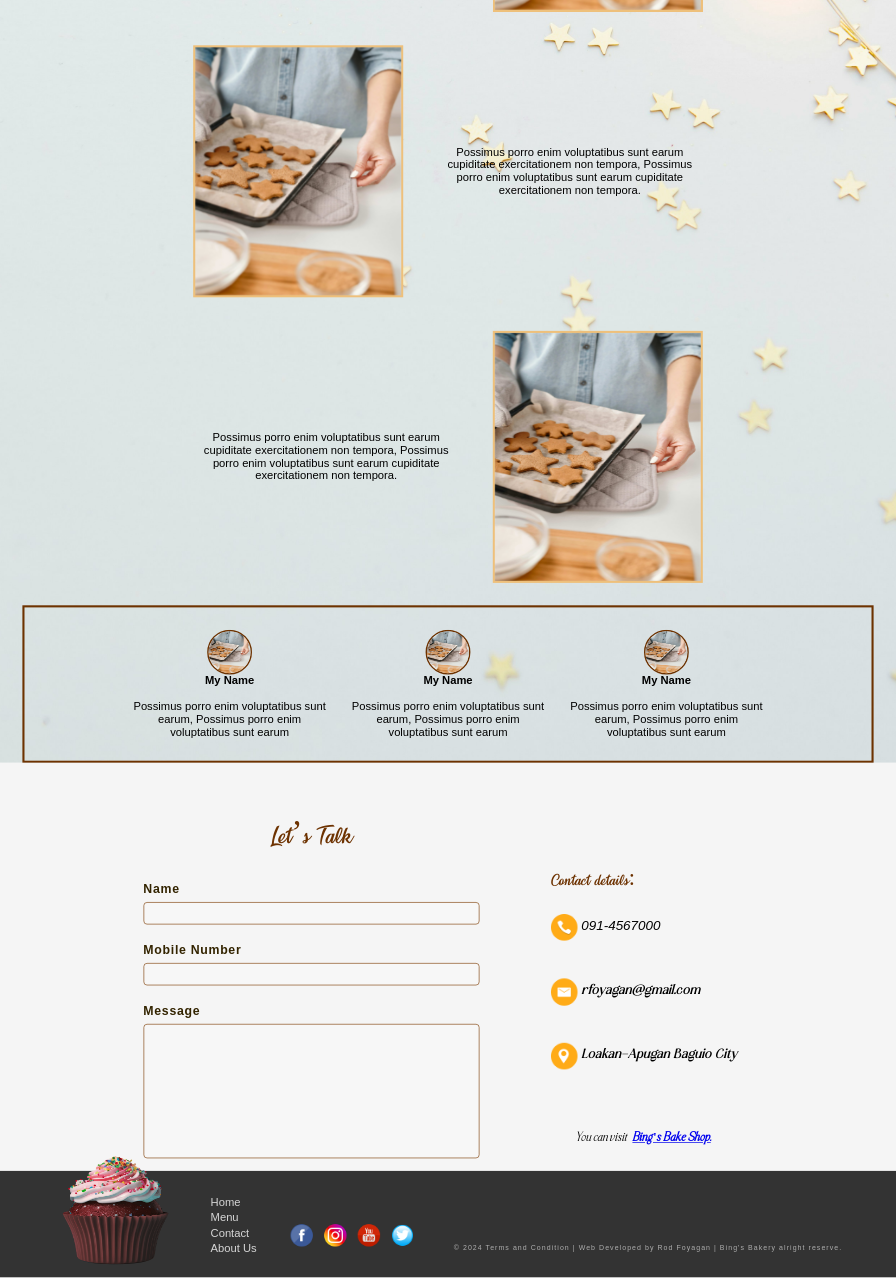
Repository: RodFoyagan/Bing-s-Bakery
Page: index.html
An editor plug-in stored every save of this project. The page is shown before and after the next save, followed by the edit.
The browser window is 1280 px wide. The pictures show the part of the page from y = 2594 to 4514 px (the page is 4419 px tall before and 4514 px after), at 70% of full size.

Above is the page before, as saved 2024-11-24 03:37:34.
Console error: ReferenceError: emailjs is not defined

After the next save:
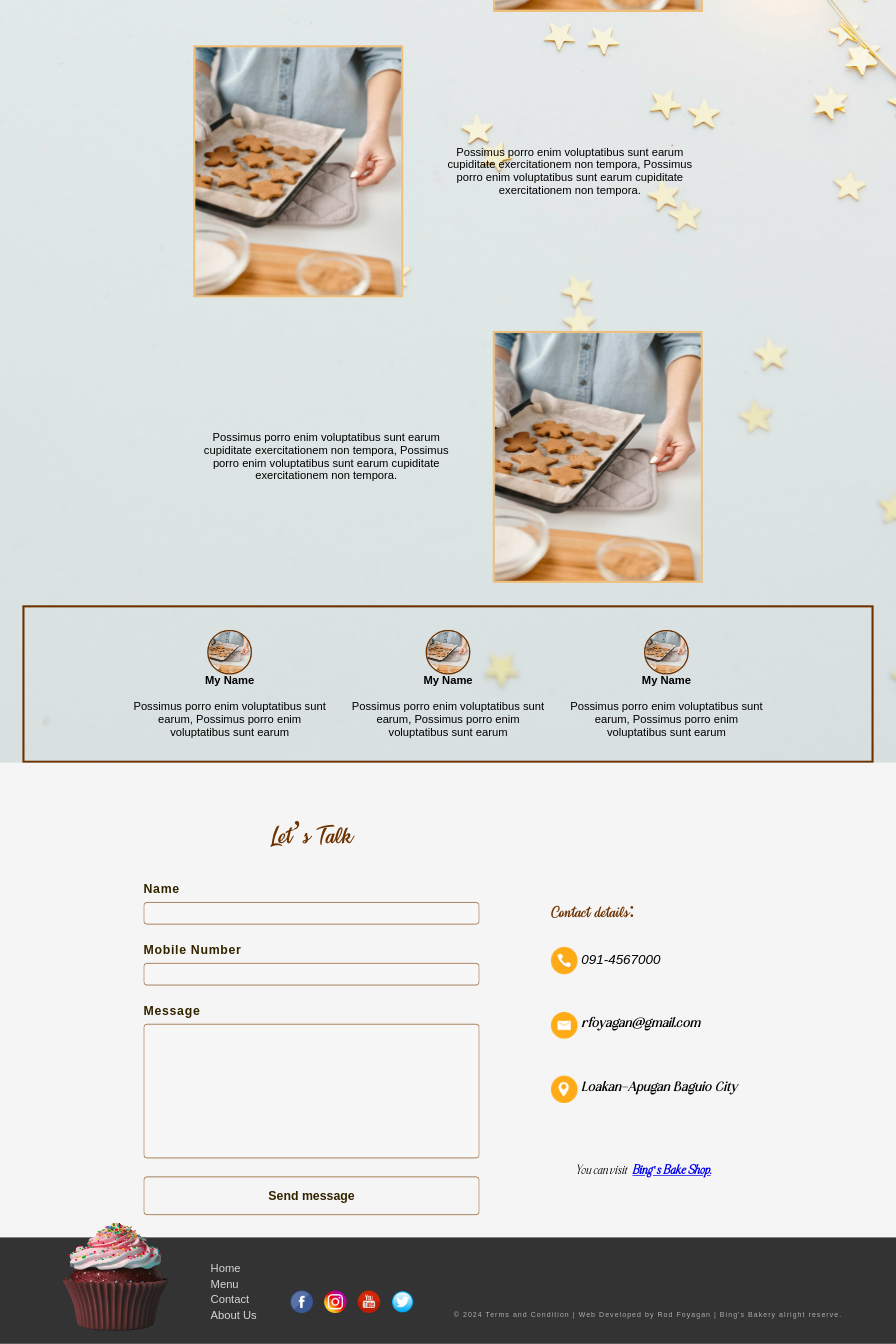
Saved 19 s later.
--- a/index.html
+++ b/index.html
@@ -235,24 +235,27 @@
                                     <div>
                                         <h2 class="touch">Let’s Talk</h2>
                                     </div>
-                                    <div class="form-control" id="log-in_name">
-                                        <label for="login-name">Name</label>
-                                        <input type="text" name="login-name" id="login-name">
-                                        <p class="error-message" style="visibility: hidden;">This field cannot be empty.</p>
+                                    <div class="form-group">
+                                        <div class="form-control" id="log-in_name">
+                                            <label for="login-name">Name</label>
+                                            <input type="text" name="login-name" id="login-name" required>
+                                            <p class="error-message" style="visibility: hidden;">error message</p> <!-- Error message here -->
+                                        </div>
+                                        <div class="form-control" id="log-in_phone">
+                                            <label for="login-phone">Mobile Number</label>
+                                            <input type="text" name="login-phone" id="login-phone" required>
+                                            <p class="error-message" style="visibility: hidden;">error message</p> <!-- Error message here -->
+                                        </div>
+                                        <div class="form-control" id="log-in_message">
+                                            <label for="login-message">Message</label>
+                                            <textarea name="text" id="login-message" cols="30" rows="10"></textarea>
+                                            <p class="error-message" style="visibility: hidden;">error message</p> <!-- Error message here -->
+                                        </div>
+
+                                        <div class="message">
+                                            <button id="submitButton" type="submit">Send message</button>
+                                        </div>
                                     </div>
-
-                                    <div class="form-control" id="log-in_phone">
-                                        <label for="login-phone">Mobile Number</label>
-                                        <input type="text" name="login-phone" id="login-phone">
-                                        <p class="error-message" style="visibility: hidden;">Invalid phone number.</p>
-                                    </div>
-
-                                    <div class="form-control" id="log-in_message">
-                                        <label for="login-message">Message</label>
-                                        <textarea name="text" id="login-message" cols="30" rows="10"></textarea>
-                                        <p class="error-message" style="visibility: hidden;">This field cannot be empty.</p>
-                                    </div>
-
                                 </form>
 
                         </div>
